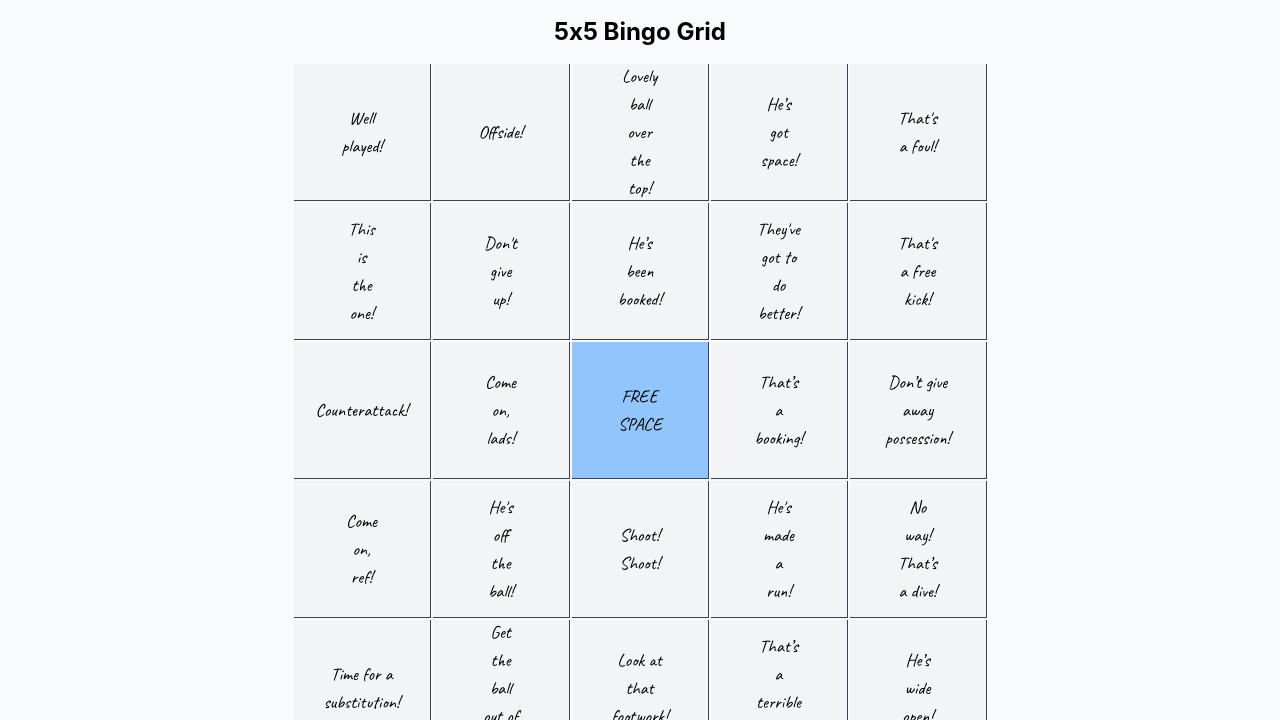
Repository: yassirbn/football-bingo
Page: /
The author's editor kept a copy of each file at every save. The page is drawn from the files as they stood at one save, then again after the next save.
The browser window is 1280 px wide. The pictures show the whole page.
The project was rebuilt for these pictures with package versions that can differ from the ones it lists, and the page was loaded fresh each time.

Above is the page before, as saved 2024-11-26 18:40:53.

### src/index.css

@import url('https://fonts.googleapis.com/css2?family=Caveat:wght@400;700&display=swap');

@tailwind base;
@tailwind components;
@tailwind utilities;


body {
  margin: 0;
  font-family: -apple-system, BlinkMacSystemFont, 'Segoe UI', 'Roboto', 'Oxygen',
    'Ubuntu', 'Cantarell', 'Fira Sans', 'Droid Sans', 'Helvetica Neue',
    sans-serif;
  -webkit-font-smoothing: antialiased;
  -moz-osx-font-smoothing: grayscale;
}

code {
  font-family: source-code-pro, Menlo, Monaco, Consolas, 'Courier New',
    monospace;
}

### src/App.js
import React from "react";
import BingoGrid from "./component/BingoGrid/BingoGrid";


const App = () => {
  const words  = [
    "What a save!",
    "Offside!",
    "Penalty! Oh, no!",
    "Pass the ball!",
    "That's a dive!",
    "Red card!",
    "Goal! What a strike!",
    "He's on fire!",
    "Foul!",
    "Clear it!",
    "He's through on goal!",
    "Nice touch!",
    "What a tackle!",
    "Great cross!",
    "Counterattack!",
    "He’s injured!",
    "Come on, ref!",
    "Get it in the box!",
    "Keeper's got it!",
    "That's a foul!",
    "No way! That’s a dive!",
    "Good save, keeper!",
    "What a ball!",
    "Hold it up!",
    "Look at that footwork!",
    "Get stuck in!",
    "That’s a booking!",
    "Lovely ball over the top!",
    "That’s a terrible miss!",
    "Get back!",
    "Play to the whistle!",
    "It's all square!",
    "Time for a substitution!",
    "They’re all over them!",
    "Nice pass!",
    "He’s got space!",
    "He’s wide open!",
    "Well played!",
    "Take a shot!",
    "That’s a brilliant goal!",
    "What a finish!",
    "Come on, lads!",
    "Don't give up!",
    "He's made a run!",
    "Get the ball out of there!",
    "Hold the line!",
    "He’s been booked!",
    "That's a red card!",
    "This could be it!",
    "He’s in the clear!",
    "It’s a goal kick!",
    "That's a free kick!",
    "Shoot! Shoot!",
    "That's too easy!",
    "They've got to do better!",
    "He's off the ball!",
    "Put it in the back of the net!",
    "This is getting tense!",
    "He’s looking dangerous!",
    "Don’t give away possession!",
    "He’s gone down easy!",
    "That's a top save!",
    "This is the one!",
    "Make it count!"
  ];


  return (
    <div className="min-h-screen bg-gray-50 flex items-center justify-center">
      <BingoGrid words={words} />
    </div>
  );
};

export default App;

### src/component/BingoGrid/BingoGrid.js
import React, { useState } from "react";

const BingoGrid = ({ words }) => {
  const gridSize = 5; // 5x5 grid
  const totalCells = gridSize * gridSize;

  // Shuffle words only once and store in state
  const initializeGrid = () => {
    const shuffledWords = [...words].sort(() => 0.5 - Math.random()).slice(0, totalCells);

    // Fill with placeholders if not enough words
    while (shuffledWords.length < totalCells) {
      shuffledWords.push("PLACEHOLDER");
    }

    // Replace the center cell with "FREE SPACE"
    const centerIndex = Math.floor(totalCells / 2);
    shuffledWords[centerIndex] = "FREE SPACE";

    return shuffledWords;
  };

  const [gridWords] = useState(initializeGrid);
  const [selectedCells, setSelectedCells] = useState(
    Array(totalCells).fill(false).map((_, i) => i === Math.floor(totalCells / 2)) // Center (FREE SPACE) is pre-selected
  );
  const [bingo, setBingo] = useState(false);

  // Handle cell click
  const handleCellClick = (index) => {
    if (gridWords[index] === "FREE SPACE" || selectedCells[index]) return; // Ignore clicks on FREE SPACE or already selected cells

    const updatedSelection = [...selectedCells];
    updatedSelection[index] = true;
    setSelectedCells(updatedSelection);

    // Check for Bingo
    checkForBingo(updatedSelection);
  };

  // Check for Bingo
  const checkForBingo = (selected) => {
    const checkLine = (line) => line.every((index) => selected[index]);

    // Generate all rows, columns, and diagonals
    const rows = Array.from({ length: gridSize }, (_, i) =>
      Array.from({ length: gridSize }, (_, j) => i * gridSize + j)
    );
    const cols = Array.from({ length: gridSize }, (_, i) =>
      Array.from({ length: gridSize }, (_, j) => j * gridSize + i)
    );
    const diagonal1 = Array.from({ length: gridSize }, (_, i) => i * gridSize + i);
    const diagonal2 = Array.from({ length: gridSize }, (_, i) => (i + 1) * gridSize - (i + 1));

    const lines = [...rows, ...cols, diagonal1, diagonal2];

    if (lines.some(checkLine)) {
      setBingo(true); // Set Bingo to true to trigger animations
    }
  };

  return (
    <div className="p-4 relative h-screen overflow-hidden">
      {/* Fireworks Animation */}
      {bingo && (
        <div className="absolute inset-0 z-20 flex justify-center items-center pointer-events-none">
          {/* Firework Particles */}
          {Array.from({ length: 300 }).map((_, idx) => (
            <div
              key={idx}
              className="fireworks-particle w-4 h-4 rounded-full absolute animate-fireworks"
              style={{
                "--x": `${Math.random() * 120 - 60}vw`, // Expanded X direction
                "--y": `${Math.random() * 120 - 60}vh`, // Expanded Y direction
                "--size": `${Math.random() * 10 + 5}px`, // Random size (larger particles)
                "--duration": `${Math.random() * 2 + 1.5}s`, // Increased duration for longer explosion
                "--delay": `${Math.random() * 0.5}s`, // Random delay
                backgroundColor: `hsl(${Math.random() * 360}, 100%, 50%)`, // Random color (HSL)
                transform: `rotate(${Math.random() * 360}deg)` // Random rotation for more chaos
              }}
            ></div>
          ))}
        </div>
      )}

      {/* Bingo Text Animation */}
      {bingo && (
        <div className="absolute inset-0 flex items-center justify-center z-10 animate-bingo-fade">
          <h2 className="text-7xl sm:text-8xl md:text-9xl lg:text-10xl font-extrabold text-red-600 animate-bingo-shake">
            BINGO!
          </h2>
        </div>
      )}

      {/* Bingo Grid */}
      <h1 className="text-center text-2xl font-bold mb-4">5x5 Bingo Grid</h1>
      <div
        className="grid gap-0.5"
        style={{
          gridTemplateColumns: `repeat(${gridSize}, 1fr)`,
        }}
      >
        {gridWords.map((word, index) => (
          <div
            key={index}
            className={`flex items-center justify-center border-b border-r border-gray-700 text-center font-medium aspect-square p-1
              ${selectedCells[index] ? "bg-blue-300 text-white" : "bg-gray-100 hover:bg-blue-200 cursor-pointer"}
              ${word === "FREE SPACE" ? "cursor-default" : ""}`}
            onClick={() => handleCellClick(index)}
          >
            <div
              className={`${
                selectedCells[index] ? "bg-blue-300 text-white" : "bg-transparent"
              } flex items-center justify-center py-3 px-6 sm:py-4 sm:px-8 md:py-6 md:px-12 lg:py-8 lg:px-16`}
              style={{
                width: "50px", // Adjusted for mobile/tablet responsiveness
                height: "50px", // Adjusted for mobile/tablet responsiveness
                minWidth: "50px", // Ensures the circle doesn't shrink smaller than this
              }}
            >
              <span
                className="text-xs sm:text-sm md:text-base lg:text-lg font-medium text-black font-handwritten"
              >
                {word}
              </span>
            </div>
          </div>
        ))}
      </div>
    </div>
  );
};

export default BingoGrid;

### tailwind.config.js
/** @type {import('tailwindcss').Config} */
module.exports = {
  content: ['./src/**/*.{js,jsx,ts,tsx}'],
  theme: {
    extend: {
      fontFamily: {
        handwritten: ["'Caveat'", "cursive"],
      },
      animation: {
        fireworks: "fireworks 1.5s ease-out forwards",
        "bingo-fade": "bingo-fade 2s ease-out forwards",
        "bingo-shake": "bingo-shake 0.5s ease-in-out infinite",
      },
      keyframes: {
        fireworks: {
          "0%": {
            transform: "scale(0) translate(0, 0)",
            opacity: 1,
          },
          "50%": {
            transform: "scale(1) translate(var(--x), var(--y))",
            opacity: 1,
          },
          "100%": {
            transform: "scale(2) translate(var(--x), var(--y))",
            opacity: 0,
          },
        },
        "bingo-fade": {
          "0%": { opacity: 0 },
          "100%": { opacity: 1 },
        },
        "bingo-shake": {
          "0%": { transform: "rotate(0)" },
          "25%": { transform: "rotate(5deg)" },
          "50%": { transform: "rotate(0)" },
          "75%": { transform: "rotate(-5deg)" },
          "100%": { transform: "rotate(0)" },
        },
      },
    },
  },
  plugins: [],
}

Loaded but not shown: public/index.html (common file); src/index.js (common file); src/reportWebVitals.js (common file)

After the next save:
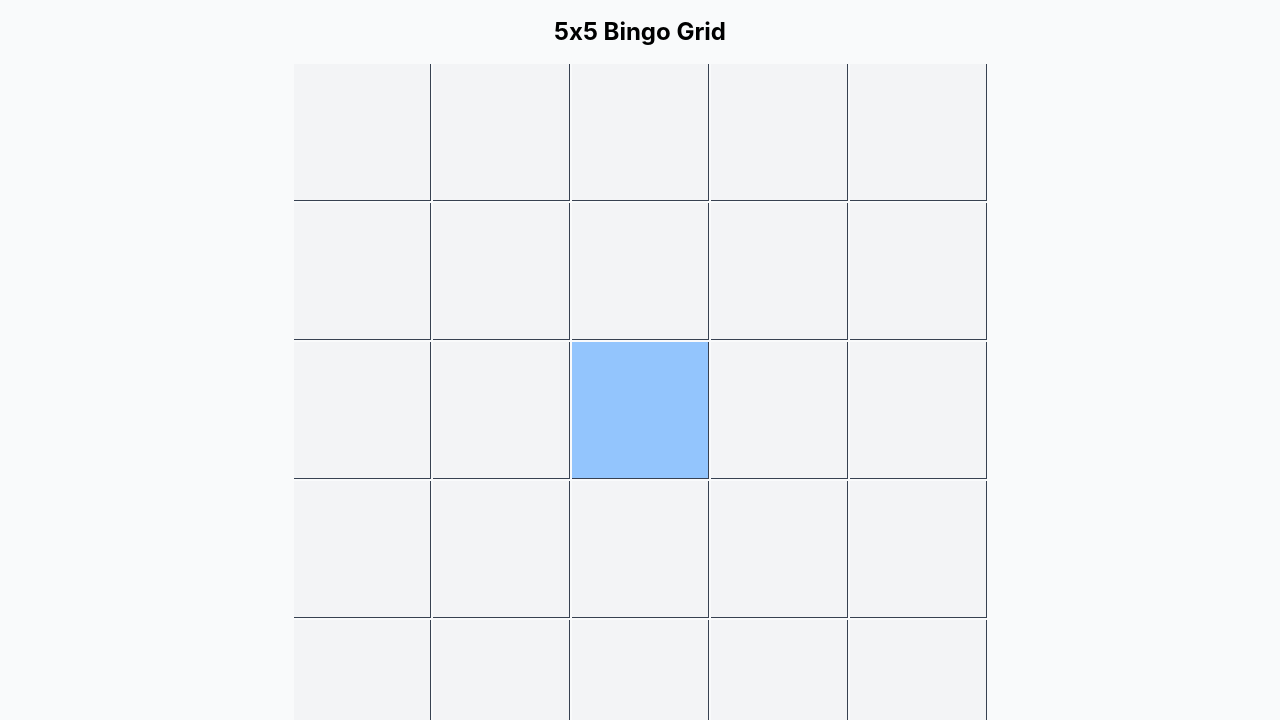
Saved 2 min 48 s later.
--- a/src/component/BingoGrid/BingoGrid.js
+++ b/src/component/BingoGrid/BingoGrid.js
@@ -95,7 +95,7 @@
       {/* Bingo Grid */}
       <h1 className="text-center text-2xl font-bold mb-4">5x5 Bingo Grid</h1>
       <div
-        className="grid gap-0.5"
+        className="grid gap-0.5 overflow-auto"
         style={{
           gridTemplateColumns: `repeat(${gridSize}, 1fr)`,
         }}
@@ -104,8 +104,7 @@
           <div
             key={index}
             className={`flex items-center justify-center border-b border-r border-gray-700 text-center font-medium aspect-square p-1
-              ${selectedCells[index] ? "bg-blue-300 text-white" : "bg-gray-100 hover:bg-blue-200 cursor-pointer"}
-              ${word === "FREE SPACE" ? "cursor-default" : ""}`}
+              ${selectedCells[index] ? "bg-blue-300 text-white" : "bg-gray-100 hover:bg-blue-200 cursor-pointer"}`}
             onClick={() => handleCellClick(index)}
           >
             <div
@@ -119,7 +118,7 @@
               }}
             >
               <span
-                className="text-xs sm:text-sm md:text-base lg:text-lg font-medium text-black font-handwritten"
+                className="text-xs sm:text-sm md:text-base lg:text-lg font-medium text-black font-handwritten overflow-hidden"
               >
                 {word}
               </span>

After the save that followed:
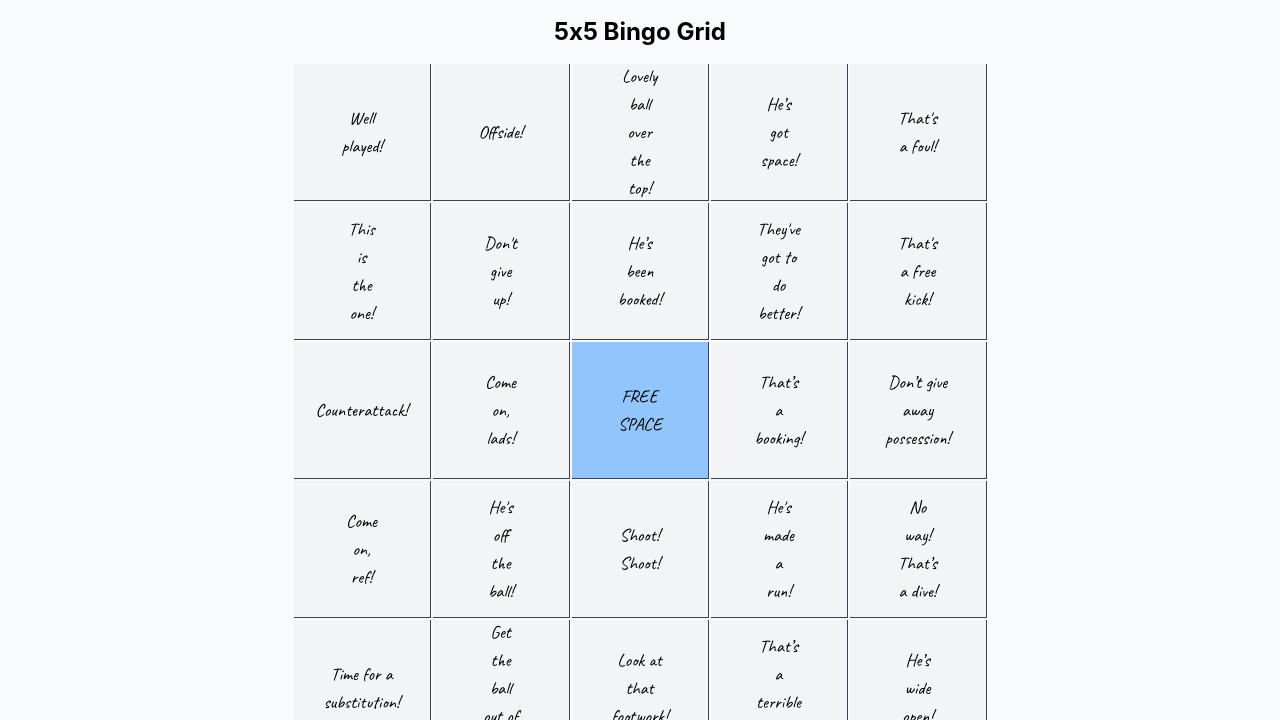
Saved 20 s later.
--- a/src/component/BingoGrid/BingoGrid.js
+++ b/src/component/BingoGrid/BingoGrid.js
@@ -95,7 +95,7 @@
       {/* Bingo Grid */}
       <h1 className="text-center text-2xl font-bold mb-4">5x5 Bingo Grid</h1>
       <div
-        className="grid gap-0.5 overflow-auto"
+        className="grid gap-0.5"
         style={{
           gridTemplateColumns: `repeat(${gridSize}, 1fr)`,
         }}
@@ -104,7 +104,8 @@
           <div
             key={index}
             className={`flex items-center justify-center border-b border-r border-gray-700 text-center font-medium aspect-square p-1
-              ${selectedCells[index] ? "bg-blue-300 text-white" : "bg-gray-100 hover:bg-blue-200 cursor-pointer"}`}
+              ${selectedCells[index] ? "bg-blue-300 text-white" : "bg-gray-100 hover:bg-blue-200 cursor-pointer"}
+              ${word === "FREE SPACE" ? "cursor-default" : ""}`}
             onClick={() => handleCellClick(index)}
           >
             <div
@@ -118,7 +119,7 @@
               }}
             >
               <span
-                className="text-xs sm:text-sm md:text-base lg:text-lg font-medium text-black font-handwritten overflow-hidden"
+                className="text-xs sm:text-sm md:text-base lg:text-lg font-medium text-black font-handwritten"
               >
                 {word}
               </span>
